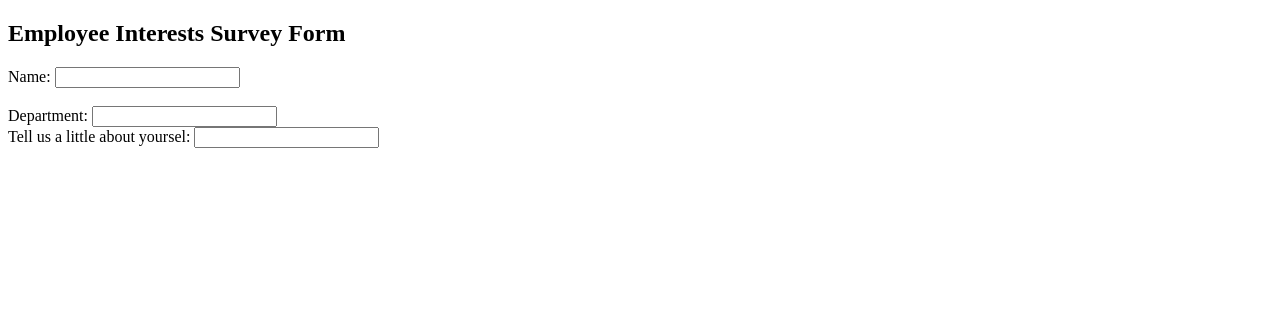
Repository: JoaoLemesDEV/Exercise-Survey-Form
Page: index.html
The author's editor kept a copy of each file at every save. The page is drawn from the files as they stood at one save, then again after a run of saves.
The browser window is 1280 px wide. The pictures show the whole page.

Above is the page before, as saved 2021-10-10 18:20:40.

### index.html
<!DOCTYPE html>
<html lang="en">
<head>
  <meta charset="UTF-8">
  <meta http-equiv="X-UA-Compatible" content="IE=edge">
  <meta name="viewport" content="width=device-width, initial-scale=1.0">
  <title>Survey Form</title>
</head>
<body>
  <h2>Employee Interests Survey Form</h2>
  <label for="name">Name: </label>
  <input type="text" name="name" id=""><br><br>
  <label for="dep">Department:</label>
  <input type="text" name="dep" id=""><br>
  <label for="comment">Tell us a little about yoursel:</label>
  <input type="text" name="" id="">


</body>
</html>

After the next 2 saves:
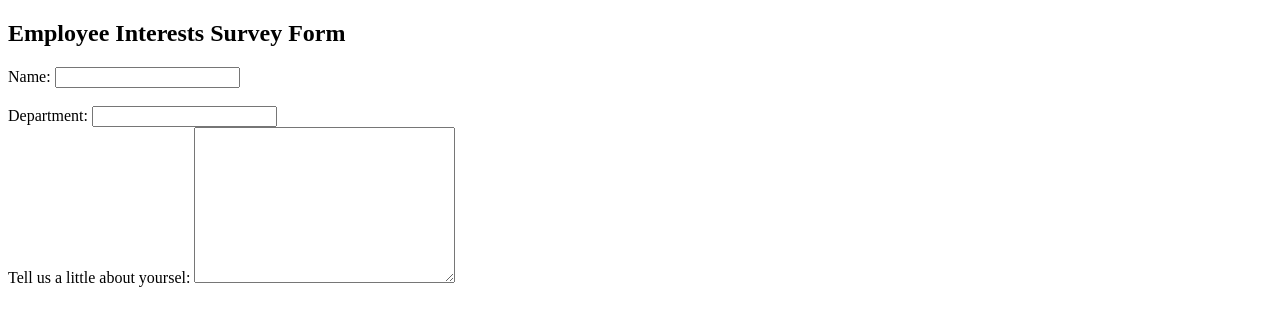
The 2 saves are shown as one change because they came seconds apart.
The last was saved 65 s later.
--- a/index.html
+++ b/index.html
@@ -13,7 +13,7 @@
   <label for="dep">Department:</label>
   <input type="text" name="dep" id=""><br>
   <label for="comment">Tell us a little about yoursel:</label>
-  <input type="text" name="" id="">
+  <textarea name="comment" id="" cols="30" rows="10"></textarea>
 
 
 </body>
